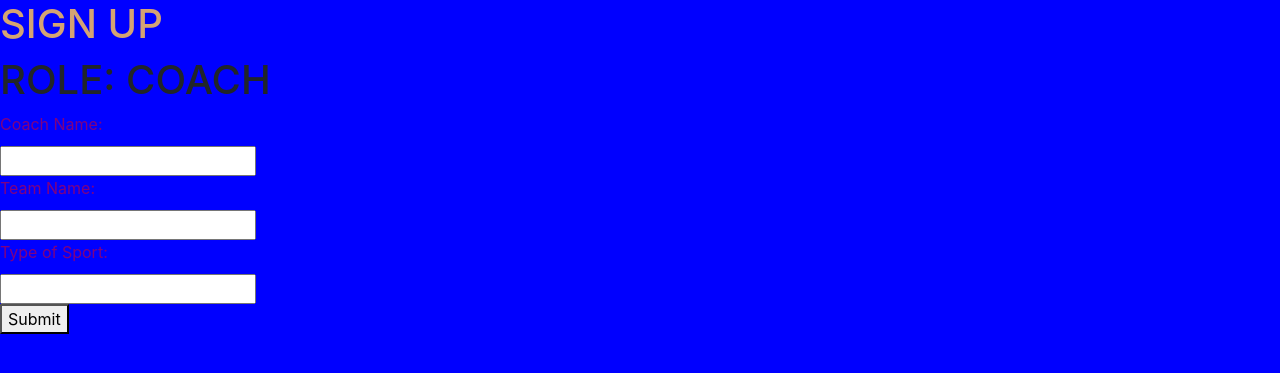
Repository: Aryaholmukhe/treasureHacks
Page: http://localhost/coach
These files come from the project's save history. The page is drawn as it stood at one moment and after the next save; the edit follows.
The browser window is 1280 px wide. The pictures show the whole page.
The page is served by the project's Node server (server.js).

Above is the page before, as saved 2022-03-26 19:35:42.
Console error: SyntaxError: Unexpected token '<'

After the next save:
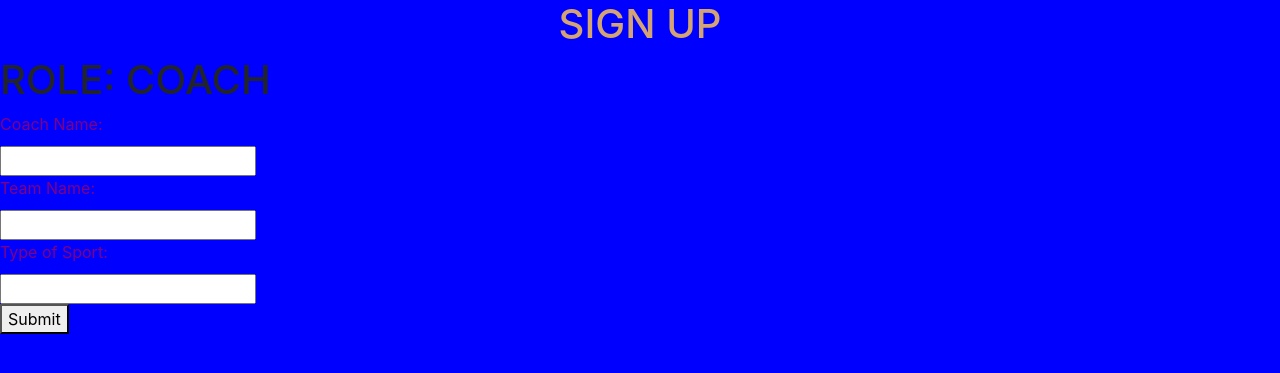
Saved 9 s later.
--- a/views/signup/coach.ejs
+++ b/views/signup/coach.ejs
@@ -14,7 +14,7 @@
 </head>
 
 <body>
-    <div class="header" style="color: #D4A373; text-ali">
+    <div class="header" style="color: #D4A373; text-align: center">
         <h1>SIGN UP</h1>
     </div>
 
